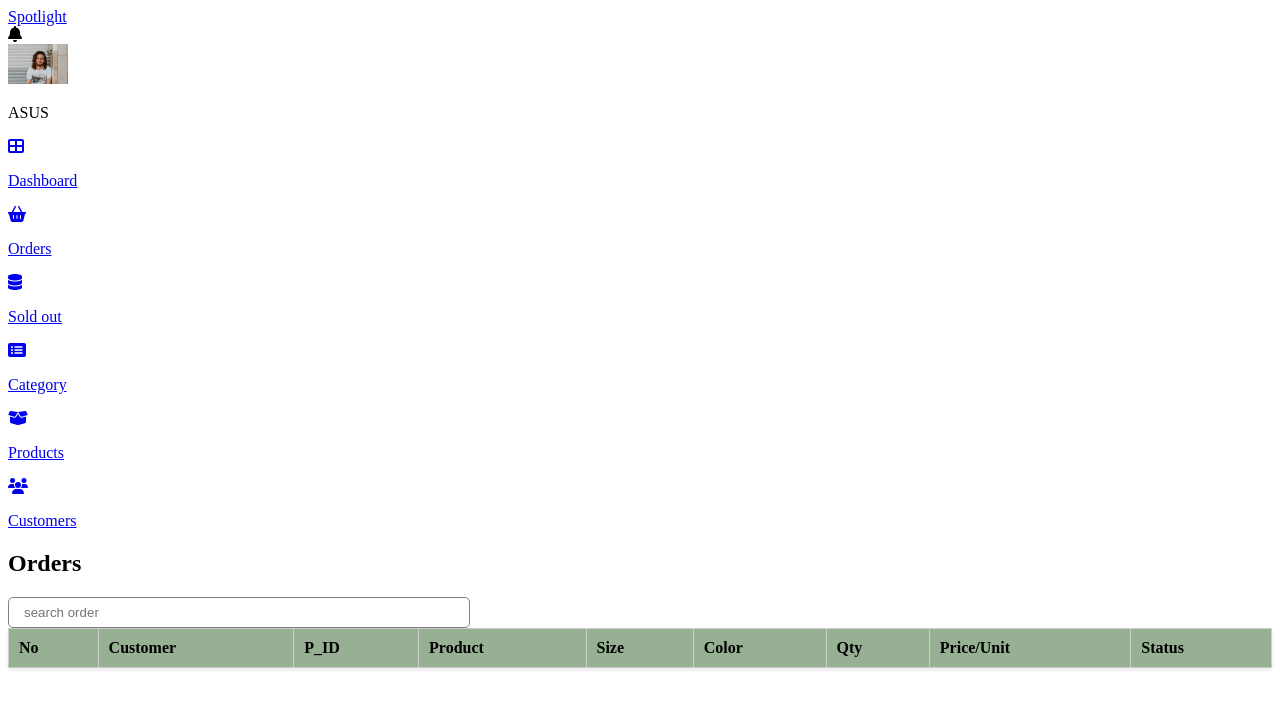
Repository: pin-seavmuy/Spotlight-POS
Page: /category
The author's editor kept a copy of each file at every save. The page is drawn from the files as they stood at one save, then again after the next save.
The browser window is 1280 px wide. The pictures show the whole page.
Some web fonts or font styles are not loaded; a fallback is used. The project was rebuilt for these pictures with package versions that can differ from the ones it lists, and the page was loaded fresh each time. Also part of the build but not shown: vue.config.js, src/components/Orders.vue, src/components/Products.vue, src/components/Customers.vue.

Above is the page before, as saved 2024-06-26 16:58:26.

### src/main.js
// src/main.js
import { createApp } from 'vue'; // Use createApp instead of importing Vue
import App from './App.vue';
import router from './router/router.js'; // Adjust the path as necessary

const app = createApp(App);
app.use(router);

app.mount('#app');

### src/App.vue

<template>
  <div id="app">
    <router-view />
    <!-- <Dashboard/> -->
  </div>
</template>

<script>
export default {
  name: 'App',
};
</script>

<style scoped>
/* Scoped styles specific to App.vue */
</style>

### src/router/router.js
// src/router.js
import { createRouter, createWebHistory } from 'vue-router'; // Import from vue-router
import AdminDashboard from '../components/AdminDashboard.vue';
import OrdersPage from '../components/Orders.vue';
import SoldOut from '../components/Soldout.vue';
import CategoryPage from '../components/Category.vue';
import ProductPage from '../components/Products.vue';
import CustomersPage from '../components/Customers.vue';

const routes = [
  { path: '/', component: AdminDashboard },
  { path: '/orders', component: OrdersPage },
  { path: '/sold', component: SoldOut },
  { path: '/category', component: CategoryPage },
  { path: '/products', component: ProductPage },
  { path: '/customers', component: CustomersPage },
];

const router = createRouter({
  history: createWebHistory(),
  routes,
});

export default router;

### src/components/AdminDashboard.vue
<template>
  <div>
    <header class="header">
      <div class="logo">
        <router-link to="/">Spotlight</router-link>
      </div>
      <div class="header-icons">
        <font-awesome-icon :icon="icons.bell" class="icon" />
        <div class="account">
          <img src="../assets/img/people.png" alt="" />
          <p>ASUS</p>
        </div>
      </div>
    </header>
    <div class="container">
      <div class="side-bar">

        <router-link to="/" class="wrapper" active-class="active">
          <font-awesome-icon :icon="icons.thLarge" class="icons" />
          <p>Dashboard</p>
        </router-link>

        <router-link to="/orders" class="wrapper" active-class="active">
          <font-awesome-icon :icon="icons.shoppingBasket" class="icons" />
          <p>Orders</p>
        </router-link>

        <router-link to="/sold" class="wrapper" active-class="active">
          <font-awesome-icon :icon="icons.database" class="icons" />
          <p>Sold out</p>
        </router-link>

        <router-link to="/category" class="wrapper" active-class="active">
          <font-awesome-icon :icon="icons.category" class="icons" />
          <p>Category</p>
        </router-link>

        <router-link to="/products" class="wrapper" active-class="active">
          <font-awesome-icon :icon="icons.product" class="icons" />
          <p>Products</p>
        </router-link>

        <router-link to="/customers" class="wrapper" active-class="active">
          <font-awesome-icon :icon="icons.users" class="icons" />
          <p>Customers</p>
        </router-link>

      </div>

      <div class="dashboard">
          <div class="wrapper1">
            <h2>Admin Dashboard</h2>
          </div>
          <div class="wrapper1">
            <div class="box">
              <div class="wrapperBox">
                <img src="../assets/img/products.png" />
                <p>Total Product</p>
              </div>
              <div class="qty">12000</div>
            </div>
            <div class="box">
              <div class="wrapperBox">
                <img src="../assets/img/list.png" />
                <p>Categories</p>
              </div>
              <div class="qty">43</div>
            </div>
            <div class="box">
              <div class="wrapperBox">
                <img src="../assets/img/mobile-banking.png" />
                <p>Transactions</p>
              </div>
              <div class="qty">669</div>
            </div>
          </div>
          <div class="wrapper1">
            <div class="box">
              <div class="wrapperBox">
                <img src="../assets/img/shopping-cart.png" />
                <p>Order Today</p>
              </div>
              <div class="qty">15</div>
            </div>
          </div>
        </div>



    </div>


  </div>
</template>

<script>
  import { FontAwesomeIcon } from '@fortawesome/vue-fontawesome';
  import { faBell, faShoppingBasket, faThLarge, faDatabase, faListAlt, faCreditCard, faBoxOpen, faUsers } from '@fortawesome/free-solid-svg-icons';

  export default {
  name: "AdminDashboard",
  components: {
      FontAwesomeIcon,
  },
  data() {
      return {
      icons: {
          bell: faBell,
          shoppingBasket: faShoppingBasket,
          thLarge: faThLarge,
          database: faDatabase,
          category: faListAlt,
          transaction: faCreditCard,
          product: faBoxOpen,
          users: faUsers,
          // Add more icons as needed
      },
      };
  },
  };

</script>

<style scoped>
@import '../assets/css/style.css';
</style>

### src/components/Soldout.vue
<template>
  <div>
    <header class="header">
      <div class="logo">
        <router-link to="/">Spotlight</router-link>
      </div>
      <div class="header-icons">
        <font-awesome-icon :icon="icons.bell" class="icon" />
        <div class="account">
          <img src="../assets/img/people.png" alt="" />
          <p>ASUS</p>
        </div>
      </div>
    </header>
    <div class="container">
      <div class="side-bar">

        <router-link to="/" class="wrapper" active-class="active">
          <font-awesome-icon :icon="icons.thLarge" class="icons" />
          <p>Dashboard</p>
        </router-link>

        <router-link to="/orders" class="wrapper" active-class="active">
          <font-awesome-icon :icon="icons.shoppingBasket" class="icons" />
          <p>Orders</p>
        </router-link>

        <router-link to="/sold" class="wrapper" active-class="active">
          <font-awesome-icon :icon="icons.database" class="icons" />
          <p>Sold out</p>
        </router-link>

        <router-link to="/category" class="wrapper" active-class="active">
          <font-awesome-icon :icon="icons.category" class="icons" />
          <p>Category</p>
        </router-link>

        <router-link to="/products" class="wrapper" active-class="active">
          <font-awesome-icon :icon="icons.product" class="icons" />
          <p>Products</p>
        </router-link>

        <router-link to="/customers" class="wrapper" active-class="active">
          <font-awesome-icon :icon="icons.users" class="icons" />
          <p>Customers</p>
        </router-link>

      </div>
      <div class="dashboard">
        <div class="wrapper1">
          <h2>Orders</h2>
          <div class="searchBox">
            <font-awesome-icon :icon="icons.search" class="icons" />
            <input type="text" placeholder="search ...">
          </div>
        </div>
        <div class="table">
          <table>
            <thead>
              <tr>
                <th>No</th>
                <th>Customer</th>
                <th>Product</th>
                <th>Total</th>
                <th>Order Date</th>
                <th>Action</th>
              </tr>
            </thead>
            <tbody>
              <tr v-for="(order, index) in orders" :key="order.id">
                <td>{{ index + 1 }}</td>
                <td>{{ order.customer }}</td>
                <td>{{ order.product }}</td>
                <td>{{ order.total }}</td>
                <td>{{ order.orderDate }}</td>
                <td class="action">
                  <font-awesome-icon :icon="icons.edit" class="icon action-icon" @click="editOrder(order.id)" />
                  <font-awesome-icon :icon="icons.trash" class="icon action-icon" @click="deleteOrder(order.id)" />
                </td>
              </tr>
            </tbody>
          </table>
        </div>
      </div>
    </div>
  </div>
</template>

<script>
  import { FontAwesomeIcon } from '@fortawesome/vue-fontawesome';
  import { faBell, faShoppingBasket, faThLarge, faDatabase, faListAlt, faCreditCard, faBoxOpen, faUsers, faSearch, faEdit, faTrash } from '@fortawesome/free-solid-svg-icons';

  export default {
    name: "OrdersPage",
    components: {
      FontAwesomeIcon,
    },
    data() {
      return {
        icons: {
          bell: faBell,
          shoppingBasket: faShoppingBasket,
          thLarge: faThLarge,
          database: faDatabase,
          category: faListAlt,
          transaction: faCreditCard,
          product: faBoxOpen,
          users: faUsers,
          search: faSearch,
          edit: faEdit,
          trash: faTrash,
        },
        orders: [
          { id: 1, customer: 'John Doe', product: 'Cigarella Skill Shirt', total: '$50.00', orderDate: '26/06/24' },
          { id: 2, customer: 'Jane Smith', product: 'Wool Tweed A-Line', total: '$15.00', orderDate: '26/06/24' },
          { id: 3, customer: 'Michael Brown', product: 'Cheyenne Floral Dress', total: '$35.00', orderDate: '26/06/24'},
        ],
      };
    },
    methods: {
      editOrder(id) {
        // Implement edit order functionality
        console.log('Edit order', id);
      },
      deleteOrder(id) {
        // Implement delete order functionality
        console.log('Delete order', id);
      },
    },
  };
</script>

<style scoped>
  @import '../assets/css/style.css';

  .action-icon {
    cursor: pointer;
    margin-right: 10px;
  }
  .action {
    display: flex;
    justify-content: center;
    gap: 50px;
    padding: 15px ;
    border-width: 0.1;
  }
</style>

### src/components/Category.vue
<template>
    <div>
      <header class="header">
        <div class="logo">
          <router-link to="/">Spotlight</router-link>
        </div>
        <div class="header-icons">
          <font-awesome-icon :icon="icons.bell" class="icon" />
          <div class="account">
            <img src="../assets/img/people.png" alt="" />
            <p>ASUS</p>
          </div>
        </div>
      </header>
      <div class="container">
        <div class="side-bar">

            <router-link to="/" class="wrapper" active-class="active">
            <font-awesome-icon :icon="icons.thLarge" class="icons" />
            <p>Dashboard</p>
          </router-link>

          <router-link to="/orders" class="wrapper" active-class="active">
            <font-awesome-icon :icon="icons.shoppingBasket" class="icons" />
            <p>Orders</p>
          </router-link>

          <router-link to="/sold" class="wrapper" active-class="active">
            <font-awesome-icon :icon="icons.database" class="icons" />
            <p>Sold out</p>
          </router-link>

          <router-link to="/category" class="wrapper" active-class="active">
            <font-awesome-icon :icon="icons.category" class="icons" />
            <p>Category</p>
          </router-link>

          <router-link to="/products" class="wrapper" active-class="active">
            <font-awesome-icon :icon="icons.product" class="icons" />
            <p>Products</p>
          </router-link>

          <router-link to="/customers" class="wrapper" active-class="active">
            <font-awesome-icon :icon="icons.users" class="icons" />
            <p>Customers</p>
          </router-link>

        </div>
        <div class="dashboard">
        <div class="wrapper1">
          <h2>Orders</h2>
          <div class="searchBox">
            <font-awesome-icon :icon="icons.search" class="icons" />
            <input type="text" placeholder="search order">
          </div>
        </div>
        <div class="table">
        <table>
          <thead>
            <tr>
              <th>No</th>
              <th>Customer</th>
              <th>P_ID</th>
              <th>Product</th>
              <th>Size</th>
              <th>Color</th>
              <th>Qty</th>
              <th>Price/Unit</th>
              <th>Status</th>
            </tr>
          </thead>
          <tbody>
            <tr v-for="(order, index) in orders" :key="order.id">
              <td>{{ index + 1 }}</td>
              <td>{{ order.customer }}</td>
              <td>{{ order.productId }}</td>
              <td>{{ order.product }}</td>
              <td>{{ order.size }}</td>
              <td>{{ order.color }}</td>
              <td>{{ order.qty }}</td>
              <td>{{ order.price }}</td>
              <td>
                <select v-model="order.status">
                  <option value="Pending">Pending</option>
                  <option value="Shipped">Shipped</option>
                </select>
              </td>
            </tr>
          </tbody>
        </table>
      </div>
      </div>

      </div>
    </div>
  </template>

  <script>
    import { FontAwesomeIcon } from '@fortawesome/vue-fontawesome';
    import { faBell, faShoppingBasket, faThLarge, faDatabase, faListAlt, faCreditCard, faBoxOpen, faUsers } from '@fortawesome/free-solid-svg-icons';

    export default {
    name: "CategoryPage",
    components: {
        FontAwesomeIcon,
    },
    data() {
        return {
        icons: {
            bell: faBell,
            shoppingBasket: faShoppingBasket,
            thLarge: faThLarge,
            database: faDatabase,
            category: faListAlt,
            transaction: faCreditCard,
            product: faBoxOpen,
            users: faUsers,
            // Add more icons as needed
        },
        };
    },
    };

  </script>

  <style scoped>
  @import '../assets/css/orders.css';
  </style>

### src/assets/css/style.css
@import url("https://fonts.googleapis.com/css2?family=Poppins:wght@400;500;600;700&display=swap");
@import url("https://fonts.cdnfonts.com/css/mogra");
@import url("https://fonts.googleapis.com/css?family=Playfair+Display:400,700");

* {
  margin: 0;
  padding: 0;
  box-sizing: border-box;
  font-family: "Poppins", sans-serif;
}

body {
  background: rgb(255, 255, 255);
}

.header {
  display: flex;
  align-items: center;
  justify-content: space-between;
  height: 70px;
  padding: 20px 40px 20px 20px;
  background: #97b093;
}

.logo a {
  color: #fff;
  font-size: 28px;
  font-weight: 400;
  margin: 2rem 8rem 2rem 2rem;
  font-family: "Mogra", sans-serif;
  text-decoration: none;
}

.header-icons {
  display: flex;
  align-items: center;
}

.header-icons .icon {
  margin-right: 1rem;
  cursor: pointer;
  color: #fff;
  font-size: 20px;
  background-color: #97b093;
  padding: 8px;
  border-radius: 50%;
  box-shadow: 0 4px 8px rgba(0, 0, 0, 0.2);
}

.header-icons .account {
  width: 120px;
  display: flex;
  align-items: center;
  justify-content: space-between;
}

.header-icons .account img {
  width: 40px;
  height: 40px;
  cursor: pointer;
  border-radius: 50%;
  margin-left: 10px;
  border: 1px solid gray;
}

.container {
  width: 100%;
  height: 650px;
  display: flex;
  justify-content: space-between;
}

.container .side-bar {
  width: 260px;
  height: 100%;
  padding: 30px 10px 10px 10px;
  border-right: 2px solid gray;
}

.wrapper {
  display: flex;
  align-items: center;
  background-color: #ffffff;
  padding: 8px 15px;
  gap: 20px;
  color: black;
  font-family: "Playfair Display", serif;
  border-radius: 5px;
  margin-bottom: 20px;
  cursor: pointer;
}

.wrapper .icons {
  color: gray;
}

.wrapper:hover {
  background-color: #ecf1eb;
}

.wrapper.active {
  background-color: #c1d2be;
  border: 1px solid gray;
}

.container .dashboard {
  width: 100%;
  height: 550px;
  /* background-color: pink; */
  padding: 30px 40px 0px 40px;
  display: flex;
  flex-direction: column;
}

.wrapper1 {
  padding: 2px;
  display: flex;
  justify-content: space-between;
  gap: 20px;
  /* background-color: rgb(0, 255, 76); */
  /* margin-top: -20px; */
  margin-bottom: 30px;
}

.wrapper1 .box {
  width: 360px;
  height: 160px;
  background-color: #f5eded;
  box-shadow: 0 4px 8px rgba(0, 0, 0, 0.2);
  border-radius: 3px;
  display: flex;
  padding: 20px 30px;
  align-items: center;
  gap: 40px;
}

.box:hover {
  background-color: #f7efef;
}

.box .wrapperBox {
  display: flex;
  flex-direction: column;
  align-items: center;
  justify-content: center;
  gap: 8px;
  /* background-color: red; */
}

.box .wrapperBox img {
  width: 70px;
  height: 70px;
}

.box .qty {
  border-left: 3px solid rgb(178, 183, 179);
  padding: 10px 0 10px 30px;
  font-size: xx-large;
}

### src/assets/css/orders.css
/* some of the css were import form style.css */
.searchBox {
    /* background-color: black; */
    width: 450px;
    border-radius: 5px;
    border: 1px solid gray;
    display: flex;
    align-items: center;
    padding: 5px;
    gap: 5px;
    color: #97b093;
    background-color: #fff;
}
input {
    padding: 2px 10px;
    width: 100px;
    border: none;
    width: 100%;
}

.table {
    width: 100%;
    background-color: #f8f1f1;
    border-radius: 4px;
    box-shadow: 0 2px 4px rgba(0, 0, 0, 0.1);
  }

  table {
    width: 100%;
    border-collapse: collapse;
  }

  th, td {
    padding: 10px;
    border: 1px solid #ccc;
    text-align: left;
    white-space: nowrap; /* Ensures the text does not wrap */
  }

  th {
    background-color: #97b093;
  }

  tbody tr:nth-child(even) {
    background-color: #e3f0e1;
  }

Loaded but not shown: public/index.html (common file)

After the next save:
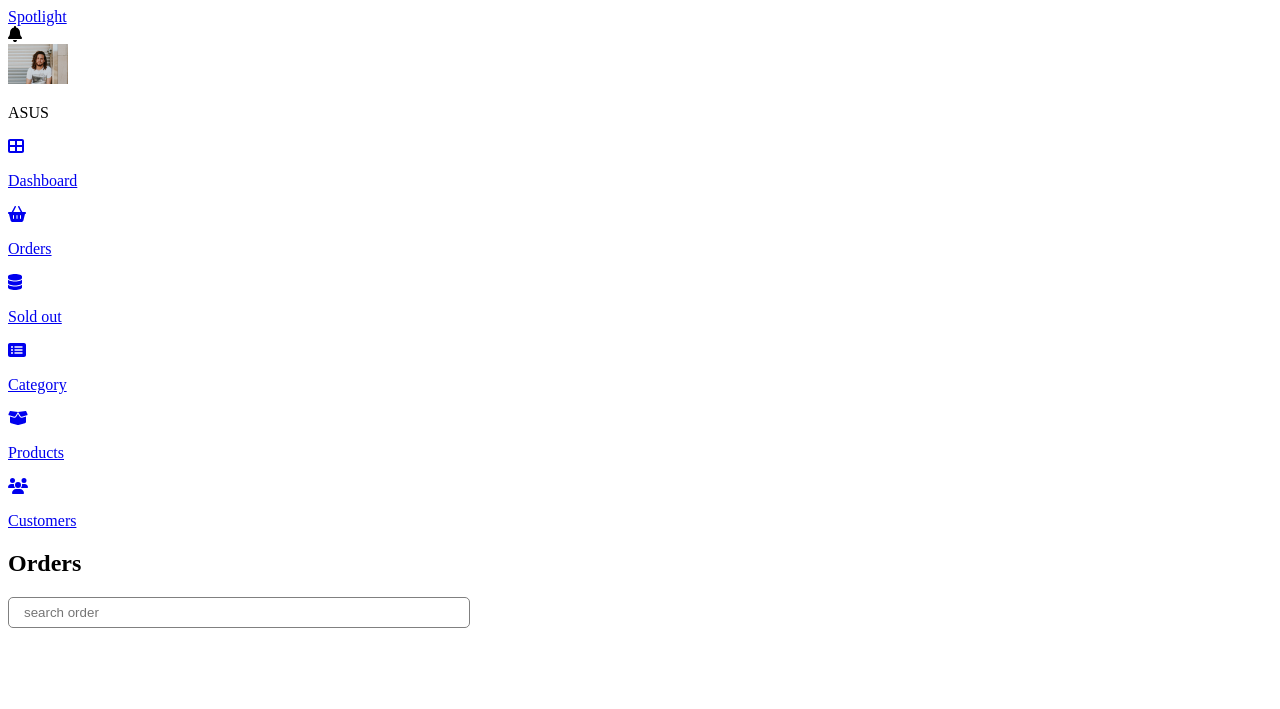
Saved 10 s later.
--- a/src/components/Category.vue
+++ b/src/components/Category.vue
@@ -54,41 +54,7 @@
             <input type="text" placeholder="search order">
           </div>
         </div>
-        <div class="table">
-        <table>
-          <thead>
-            <tr>
-              <th>No</th>
-              <th>Customer</th>
-              <th>P_ID</th>
-              <th>Product</th>
-              <th>Size</th>
-              <th>Color</th>
-              <th>Qty</th>
-              <th>Price/Unit</th>
-              <th>Status</th>
-            </tr>
-          </thead>
-          <tbody>
-            <tr v-for="(order, index) in orders" :key="order.id">
-              <td>{{ index + 1 }}</td>
-              <td>{{ order.customer }}</td>
-              <td>{{ order.productId }}</td>
-              <td>{{ order.product }}</td>
-              <td>{{ order.size }}</td>
-              <td>{{ order.color }}</td>
-              <td>{{ order.qty }}</td>
-              <td>{{ order.price }}</td>
-              <td>
-                <select v-model="order.status">
-                  <option value="Pending">Pending</option>
-                  <option value="Shipped">Shipped</option>
-                </select>
-              </td>
-            </tr>
-          </tbody>
-        </table>
-      </div>
+
       </div>
 
       </div>
